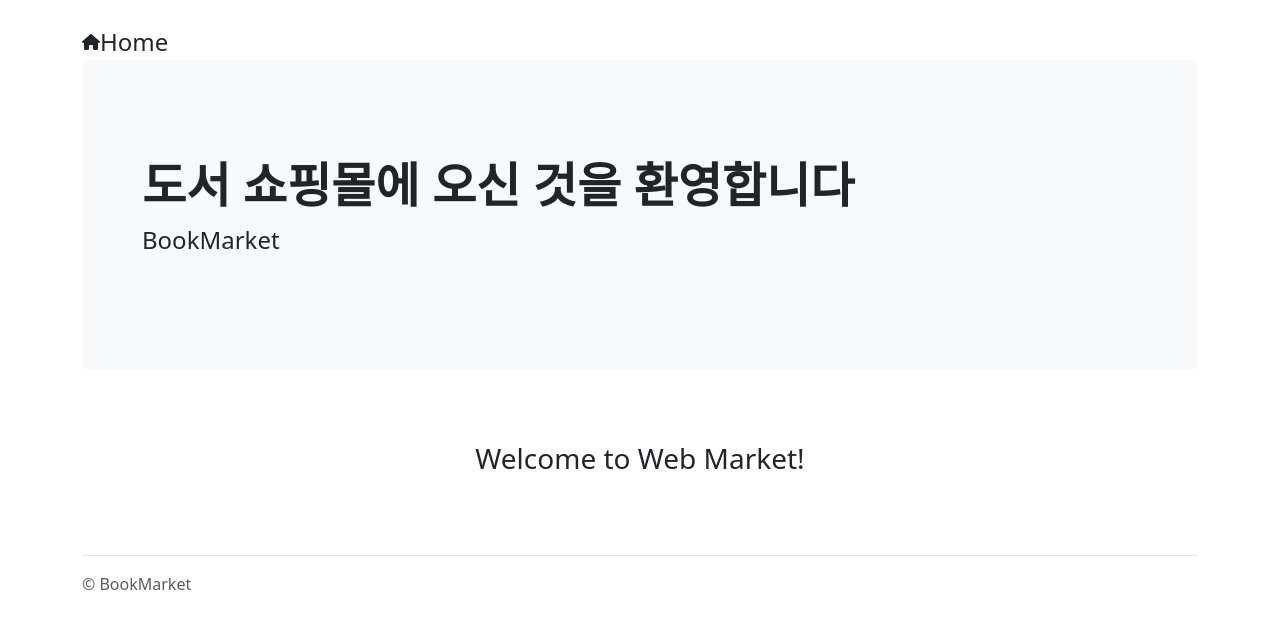
Repository: byeolchorong/ITedunet
Page: http://localhost/BookMarket/welcome_1.jsp
The author's editor kept a copy of each file at every save. The page is drawn from the files as they stood at one save, then again after the next save.
The browser window is 1280 px wide. The pictures show the whole page.
Some web libraries are served in a nearby version. The page is served by Tomcat 10. Nobody is signed in. The application's start-up code is not run. Other server files are loaded and not shown.

Above is the page before, as saved 2025-05-22 01:34:46.

### JSP/BookMarket/src/main/webapp/welcome_1.jsp
<%@ page language="java" contentType="text/html; charset=UTF-8"
    pageEncoding="UTF-8"%>
<!DOCTYPE html>
<html>
<head>
<link href="https://cdn.jsdelivr.net/npm/bootstrap@5.3.6/dist/css/bootstrap.min.css" rel="stylesheet">
<script src="https://kit.fontawesome.com/705381df09.js" crossorigin="anonymous"></script>
<meta charset="UTF-8">
<title>Insert title here</title>
</head>
<body>
	<div class="container py-4">
		<header>
			<a href="./welcome.jsp" class="d-flex align-items-center text-dark text-decoration-none">
				<i class="fa-solid fa-house"></i>
				<span class="fs-4">Home</span>
			</a>
		</header>

		<%! String greeting = "도서 쇼핑몰에 오신 것을 환영합니다";
		String tagline = "Welcome to Web Market!";%>

		<div class="p-5 mb-4 bg-body-tertiary rounded-3">
			<div class="container-fluid py-5">
				<h1 class="display-5 fw-bold"><%= greeting %></h1>
				<p class="col-md-8 fs-4"> BookMarket</p>
			</div>
		</div>

		<div class="row align-items-md-stretch text-center">
			<div class="col-md-12">
				<div class="h-100 p-5">
					<h3><%= tagline %></h3>
				</div>
			</div>
		</div>

		<footer class="pt-3 mt-4 text-body-secondary border-top">
			&copy; BookMarket
		</footer>

	</div>
</body>
</html>

After the next save:
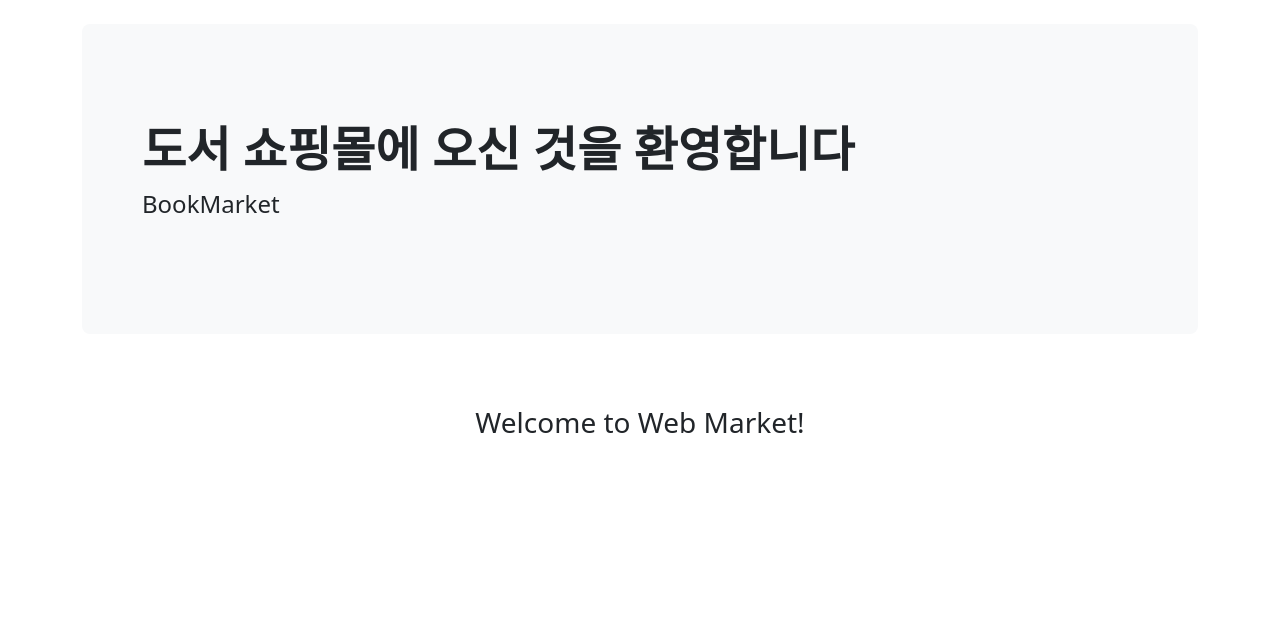
Saved 2 min 10 s later.
--- a/JSP/BookMarket/src/main/webapp/welcome_1.jsp
+++ b/JSP/BookMarket/src/main/webapp/welcome_1.jsp
@@ -10,12 +10,6 @@
 </head>
 <body>
 	<div class="container py-4">
-		<header>
-			<a href="./welcome.jsp" class="d-flex align-items-center text-dark text-decoration-none">
-				<i class="fa-solid fa-house"></i>
-				<span class="fs-4">Home</span>
-			</a>
-		</header>
 
 		<%! String greeting = "도서 쇼핑몰에 오신 것을 환영합니다";
 		String tagline = "Welcome to Web Market!";%>
@@ -35,10 +29,6 @@
 			</div>
 		</div>
 
-		<footer class="pt-3 mt-4 text-body-secondary border-top">
-			&copy; BookMarket
-		</footer>
-
 	</div>
 </body>
 </html>
